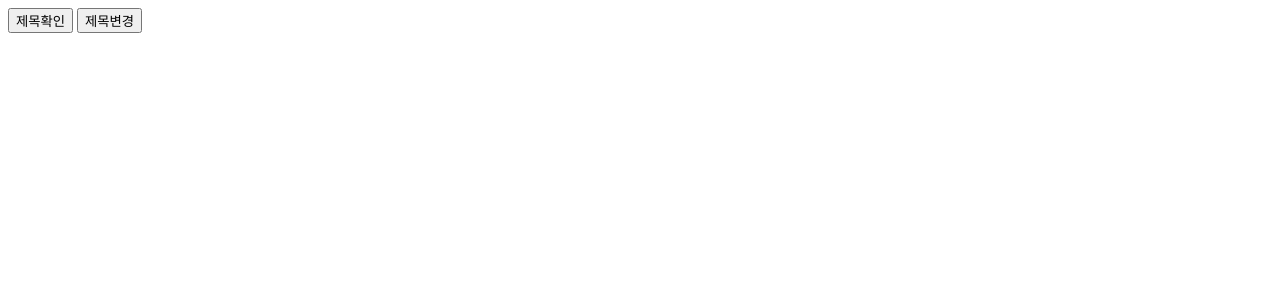
Repository: hololog/workspace_jsp1
Page: JspStudy/src/main/webapp/js1/test10.html
The author's editor kept a copy of each file at every save. The page is drawn from the files as they stood at one save, then again after the next save.
The browser window is 1280 px wide. The pictures show the whole page.

Above is the page before, as saved 2021-12-06 03:46:02.

After the next save:
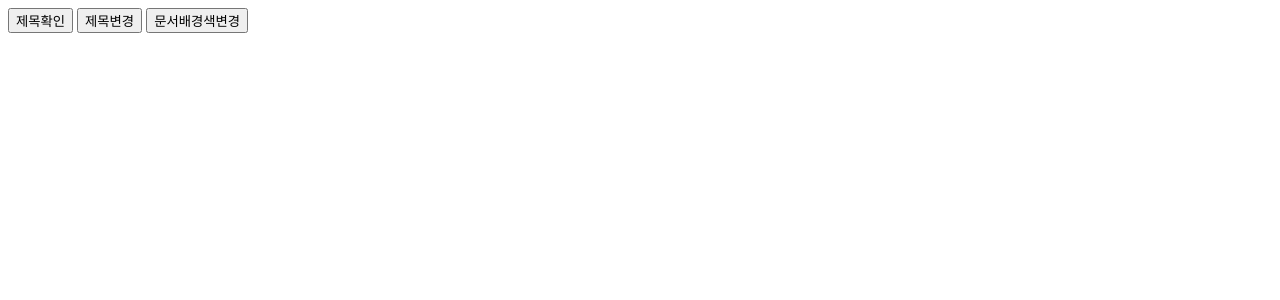
Saved 3 min 30 s later.
--- a/JspStudy/src/main/webapp/js1/test10.html
+++ b/JspStudy/src/main/webapp/js1/test10.html
@@ -10,10 +10,14 @@
  	function f2() {
 		document.title="수업실습";
 	}
+ 	function f3() {
+		document.bgcolor=green;
+	}
  </script>
 </head>
 <body>
 <input type="button" value="제목확인" onclick="f1()">
 <input type="button" value="제목변경" onclick="f2()">
+<input type="button" value="문서배경색변경" onclick="f3()">
 </body>
 </html>
